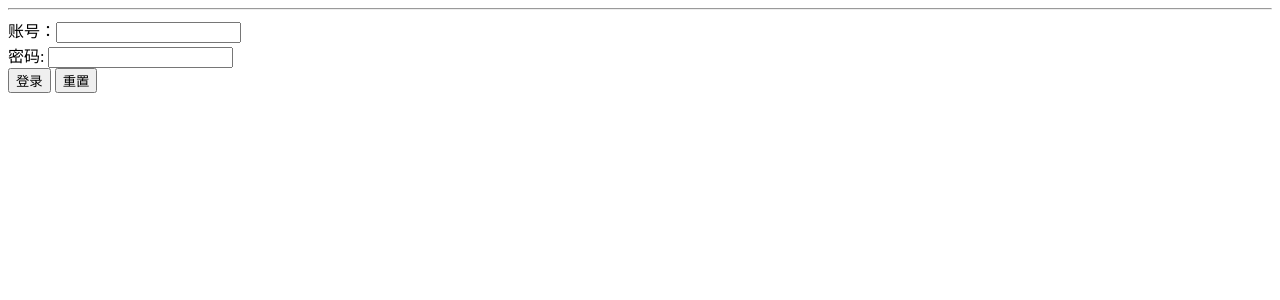
Repository: SunLightFor6/neuedu_record
Page: http://localhost/TransferAccount/login.jsp
The author's editor kept a copy of each file at every save. The page is drawn from the files as they stood at one save, then again after the next save.
The browser window is 1280 px wide. The pictures show the whole page.
The page is served by Tomcat 9. Other server files are loaded and not shown.

Above is the page before, as saved 2018-06-06 11:39:36.

### TransferAccount/WebContent/login.jsp
<%@ page language="java" contentType="text/html; charset=UTF-8"
    pageEncoding="UTF-8"%>
<!DOCTYPE html PUBLIC "-//W3C//DTD HTML 4.01 Transitional//EN" "http://www.w3.org/TR/html4/loose.dtd">
<html>
<head>
<meta http-equiv="Content-Type" content="text/html; charset=UTF-8">
<title>Login</title>
</head>
<body>
<hr>
<form name="loginform" action="servlet/UserInfoServlet?method=login" method="post">
	账号：<input type="text" name="username" />
	<br>
	密码: <input type="password" name="password" />
	<br>
	<input type="submit" name="submit" value="登录" />
	<input type="reset" name="reset" value="重置" />
</form>
</body>
</html>

After the next save:
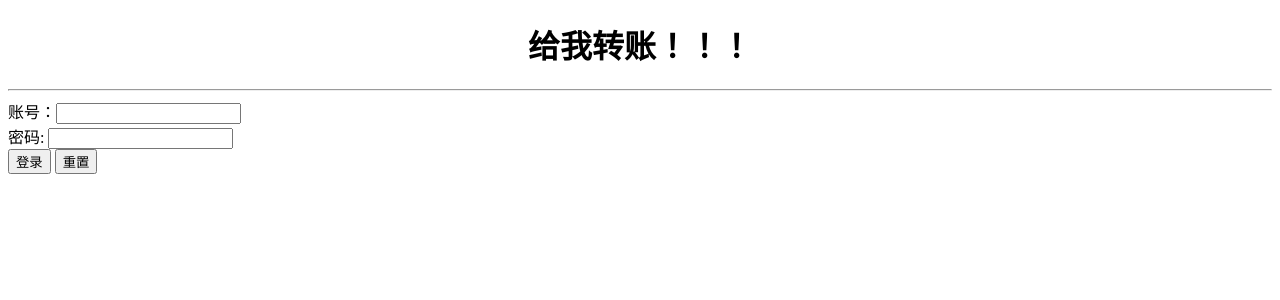
Saved 1 s later.
--- a/TransferAccount/WebContent/login.jsp
+++ b/TransferAccount/WebContent/login.jsp
@@ -7,6 +7,7 @@
 <title>Login</title>
 </head>
 <body>
+<h1 align="center">给我转账！！！</h1>
 <hr>
 <form name="loginform" action="servlet/UserInfoServlet?method=login" method="post">
 	账号：<input type="text" name="username" />
